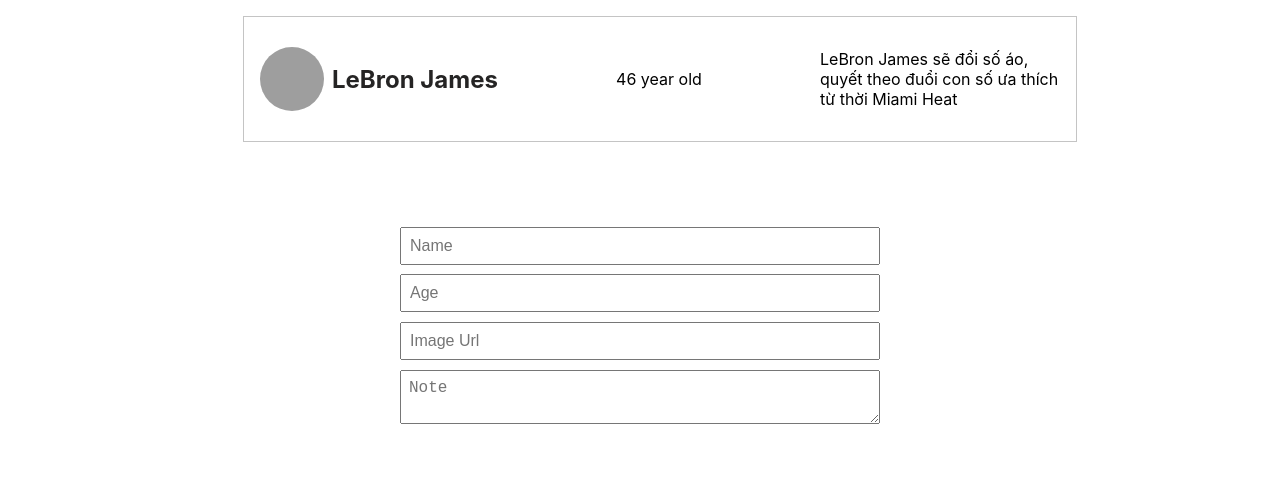
Repository: ducanhaep/ts-react-with-typescript
Page: /
The author's editor kept a copy of each file at every save. The page is drawn from the files as they stood at one save, then again after the next save.
The browser window is 1280 px wide. The pictures show the whole page.
Pictures or frames that could not be fetched are drawn as grey boxes. The project was rebuilt for these pictures with package versions that can differ from the ones it lists, and the page was loaded fresh each time.

Above is the page before, as saved 2021-10-13 01:07:25.

After the next save:
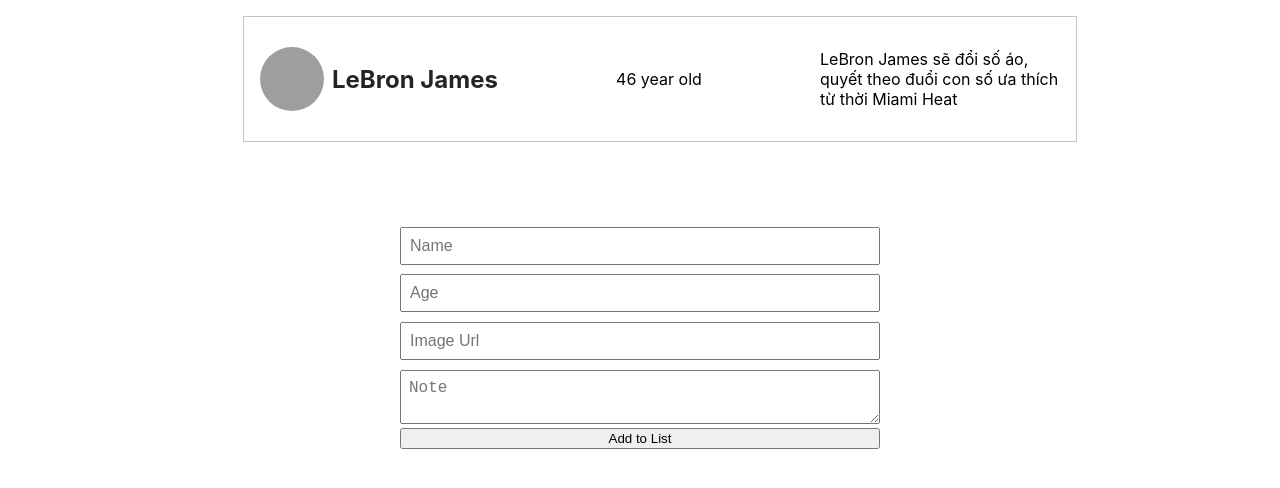
Saved 2 min 4 s later.
--- a/src/components/AddToList.tsx
+++ b/src/components/AddToList.tsx
@@ -50,6 +50,8 @@
         onChange={handleChange}
         name="note"
       />
+
+      <button className="Add">Add to List</button>
     </div>
   );
 };
